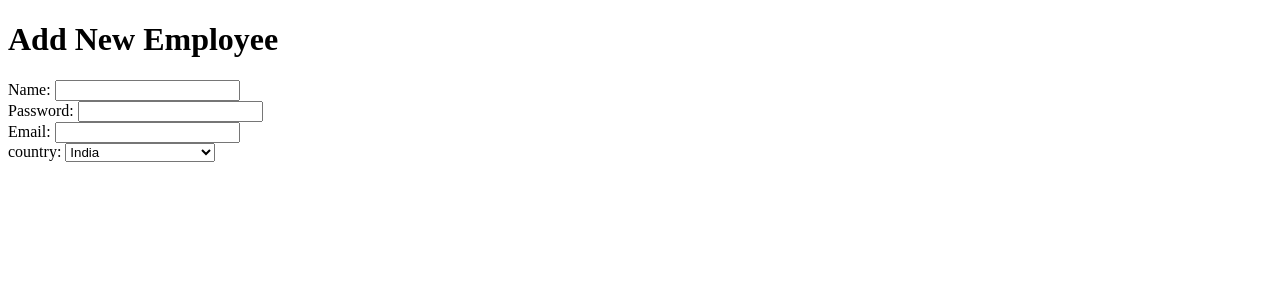
Repository: ssaxena16/SpecialProjects
Page: Advanced_java/CRUD_Servlet/WebContent/index.html
The author's editor kept a copy of each file at every save. The page is drawn from the files as they stood at one save, then again after the next save.
The browser window is 1280 px wide. The pictures show the whole page.

Above is the page before, as saved 2018-08-07 16:56:45.

After the next save:
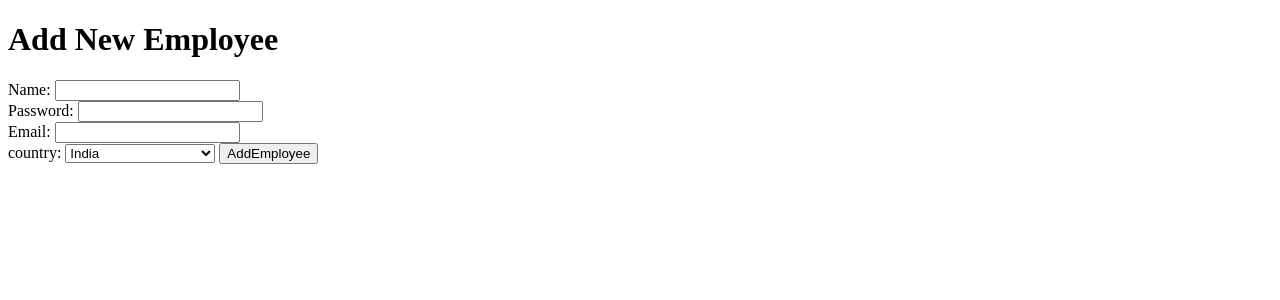
Saved 62 s later.
--- a/Advanced_java/CRUD_Servlet/WebContent/index.html
+++ b/Advanced_java/CRUD_Servlet/WebContent/index.html
@@ -17,6 +17,7 @@ country: <select name = "country" style="width:150px">
 <option> France</option>
 
 </select>
+<input type = "submit" value = "AddEmployee">
 
 
 </form>
